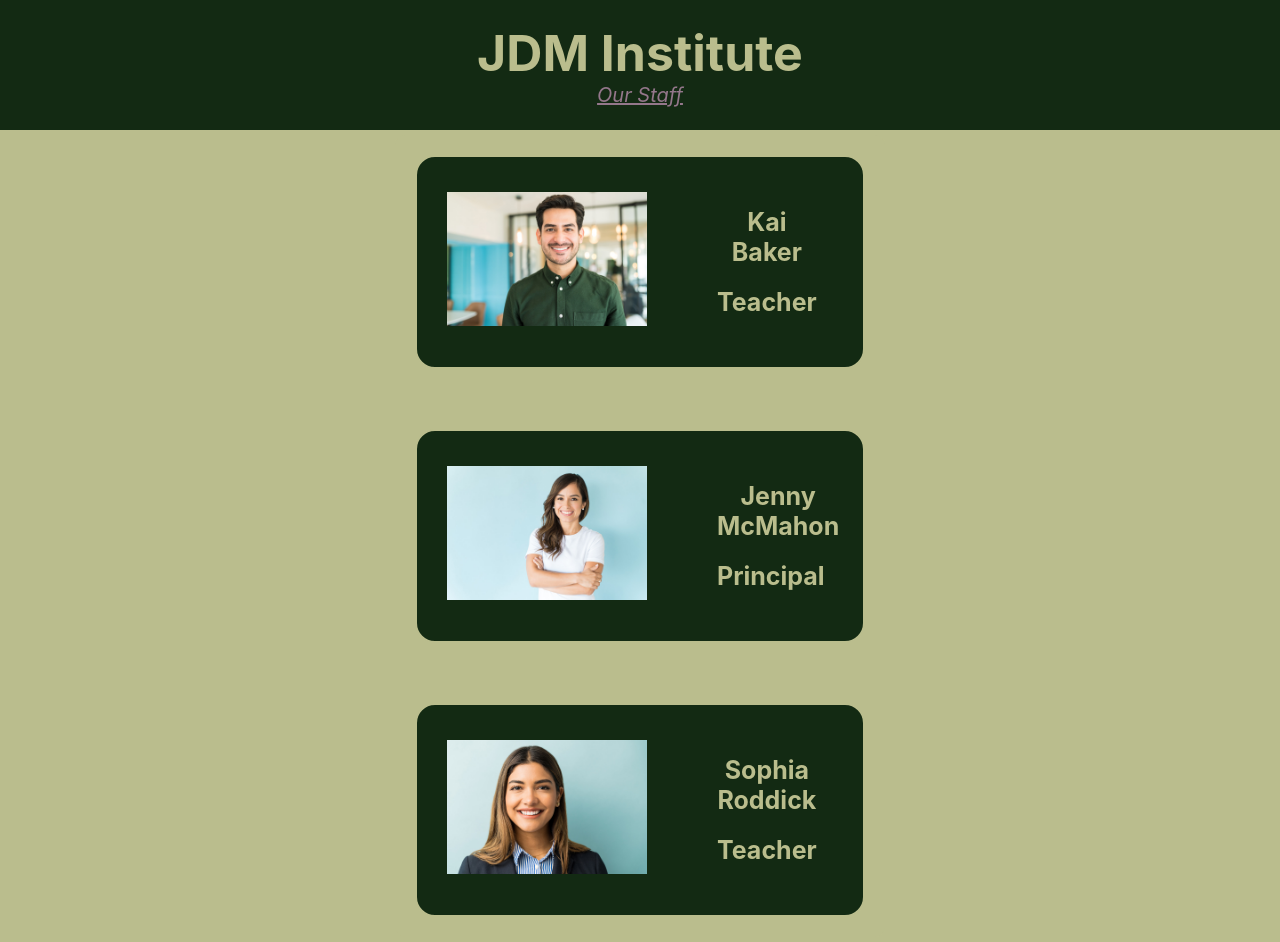
Repository: jennydmcm/class03practice
Page: /about
The author's editor kept a copy of each file at every save. The page is drawn from the files as they stood at one save, then again after the next save.
The browser window is 1280 px wide. The pictures show the whole page.
The project was rebuilt for these pictures with package versions that can differ from the ones it lists, and the page was loaded fresh each time. The framework's server and built-in components were replaced by stand-ins that run in the browser. Also part of the build but not shown: next.config.js.

Above is the page before, as saved 2023-01-24 21:30:29.

After the next save:
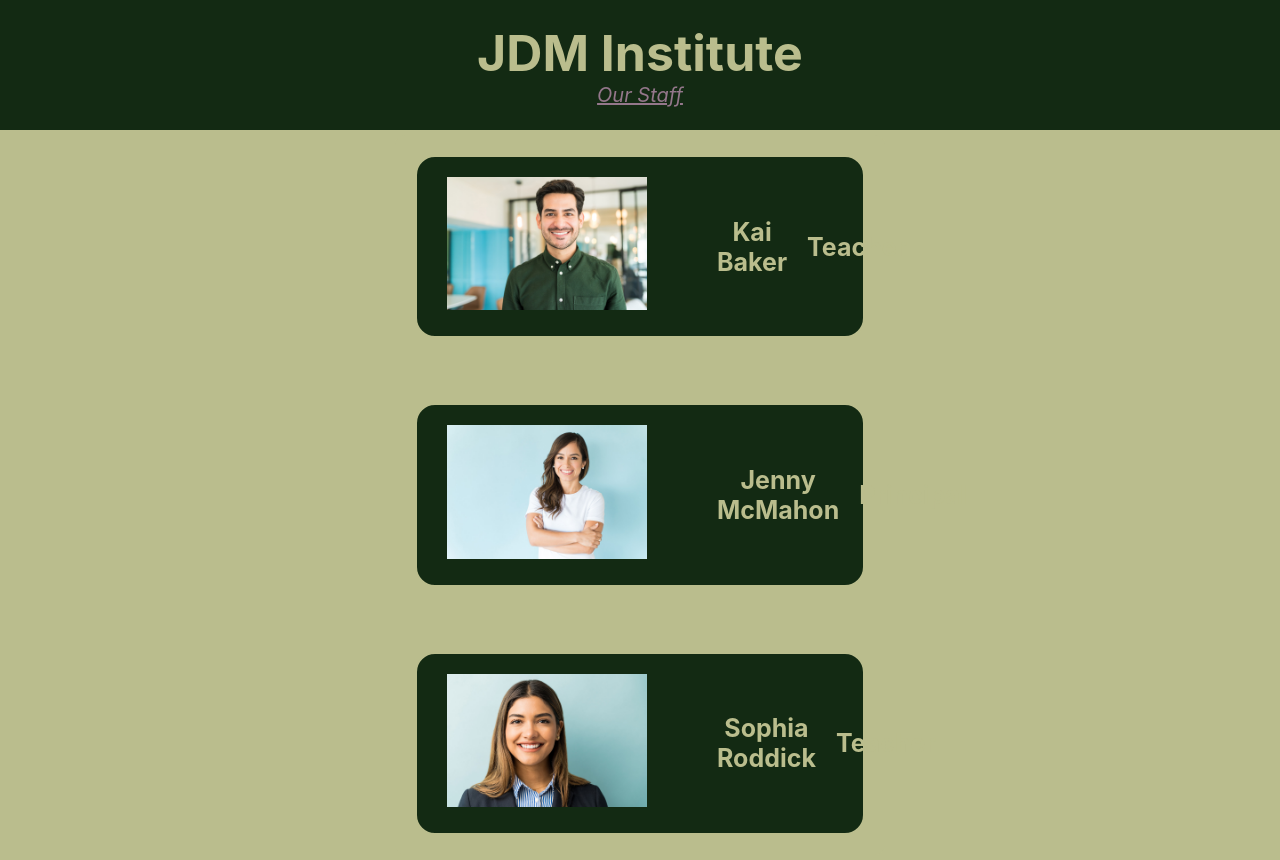
Saved 17 s later.
--- a/components/Card/about.js
+++ b/components/Card/about.js
@@ -37,7 +37,7 @@
                 borderRadius: "20px",
                 padding: "20px",
                 display: "flex",
-                flexDirection:"column",
+                flexDirection:"row",
                 alignItems: "center",
                 justifyContent: "center",
 

After the save that followed:
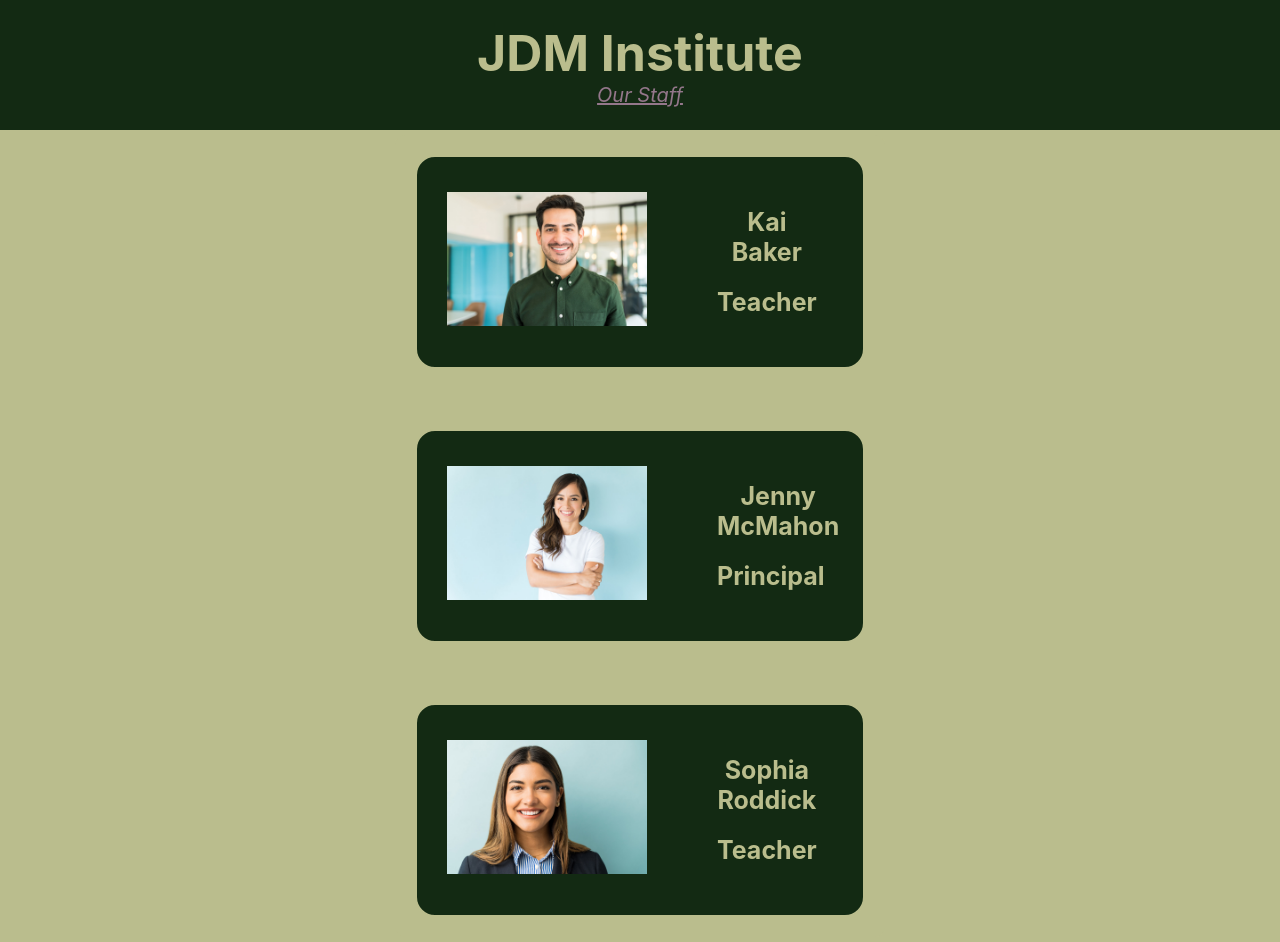
Saved 4 s later.
--- a/components/Card/about.js
+++ b/components/Card/about.js
@@ -37,7 +37,7 @@
                 borderRadius: "20px",
                 padding: "20px",
                 display: "flex",
-                flexDirection:"row",
+                flexDirection:"column",
                 alignItems: "center",
                 justifyContent: "center",
 
